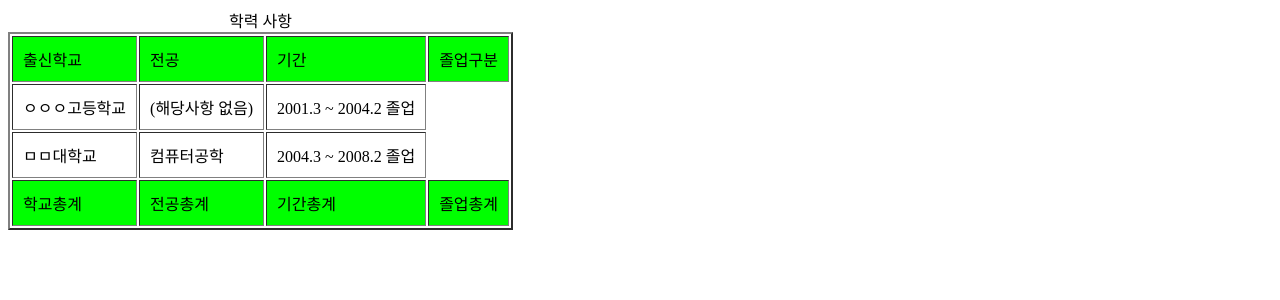
Repository: seulhwangbo/SeulJSP
Page: jspSrc17/webStandard01/src/main/webapp/02/Academic.html
The author's editor kept a copy of each file at every save. The page is drawn from the files as they stood at one save, then again after the next save.
The browser window is 1280 px wide. The pictures show the whole page.

Above is the page before, as saved 2024-06-13 07:18:42.

### jspSrc17/webStandard01/src/main/webapp/02/Academic.html
<!DOCTYPE html>
<html>
<head>
<meta charset="UTF-8">
<style type="text/css">
tr, td {
	padding: 10px;
}

thead, tfoot {
	background-color: lime;
}
</style>
<title>Insert title here</title>
</head>
<body>
	<table border = "2">
		<caption>학력 사항</caption>

		<thead>
			<tr>
				<td>출신학교</td>
				<td>전공</td>
				<td>기간</td>
				<td>졸업구분</td>
			</tr>
		</thead>

		<tr>
			<td>ㅇㅇㅇ고등학교</td>
			<td>(해당사항 없음)</td>
			<td>2001.3 ~ 2004.2 졸업</td>
		</tr>
		<tr>
			<td>ㅁㅁ대학교</td>
			<td>컴퓨터공학</td>
			<td>2004.3 ~ 2008.2 졸업</td>
		</tr>
		<tfoot>
		<tr>
			<td>학교총계</td>
			<td>전공총계</td>
			<td>기간총계</td>
			<td>졸업총계</td>
		</tr>
		</tfoot>
	</table>
</body>
</html>

After the next save:
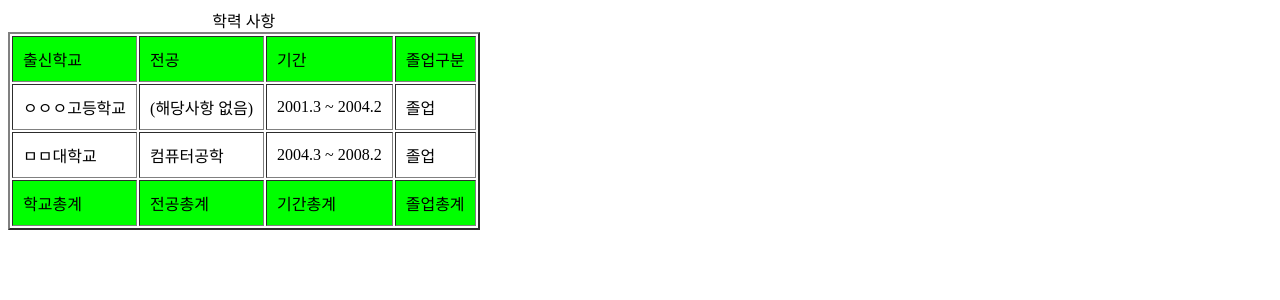
Saved 23 s later.
--- a/jspSrc17/webStandard01/src/main/webapp/02/Academic.html
+++ b/jspSrc17/webStandard01/src/main/webapp/02/Academic.html
@@ -29,12 +29,12 @@
 		<tr>
 			<td>ㅇㅇㅇ고등학교</td>
 			<td>(해당사항 없음)</td>
-			<td>2001.3 ~ 2004.2 졸업</td>
+			<td>2001.3 ~ 2004.2 </td><td>졸업</td>
 		</tr>
 		<tr>
 			<td>ㅁㅁ대학교</td>
 			<td>컴퓨터공학</td>
-			<td>2004.3 ~ 2008.2 졸업</td>
+			<td>2004.3 ~ 2008.2</td><td> 졸업</td>
 		</tr>
 		<tfoot>
 		<tr>
